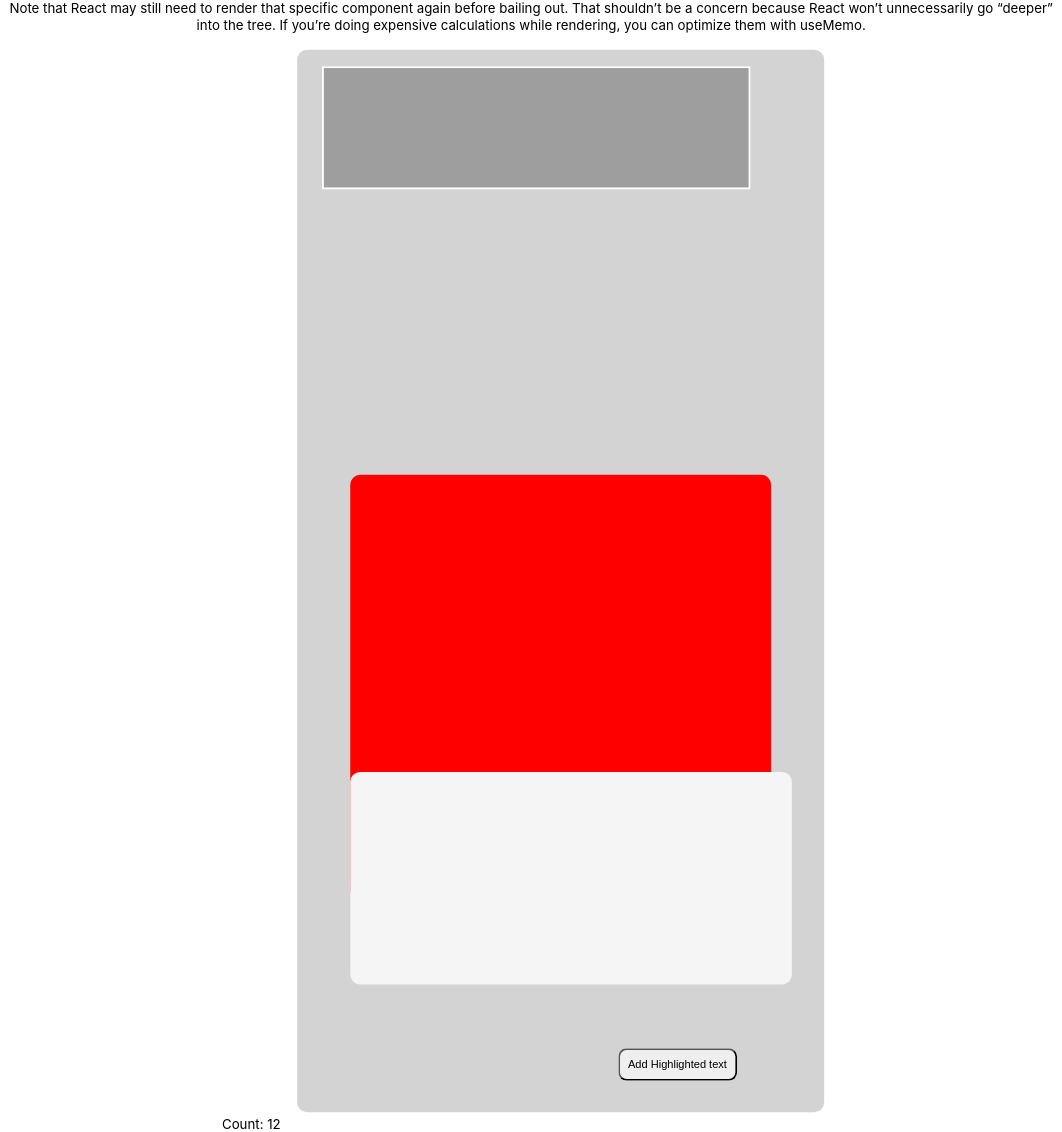
Repository: Farbod29/React-text-highlighter-with-hook-
Page: /
An editor plug-in stored every save of this project. The page is shown before and after the next save, followed by the edit.
The browser window is 1280 px wide. The pictures show the whole page, at 83% of full size.
Pictures or frames that could not be fetched are drawn as grey boxes. The project was rebuilt for these pictures with package versions that can differ from the ones it lists, and the page was loaded fresh each time.

Above is the page before, as saved 2022-02-18 23:02:46.

After the next save:
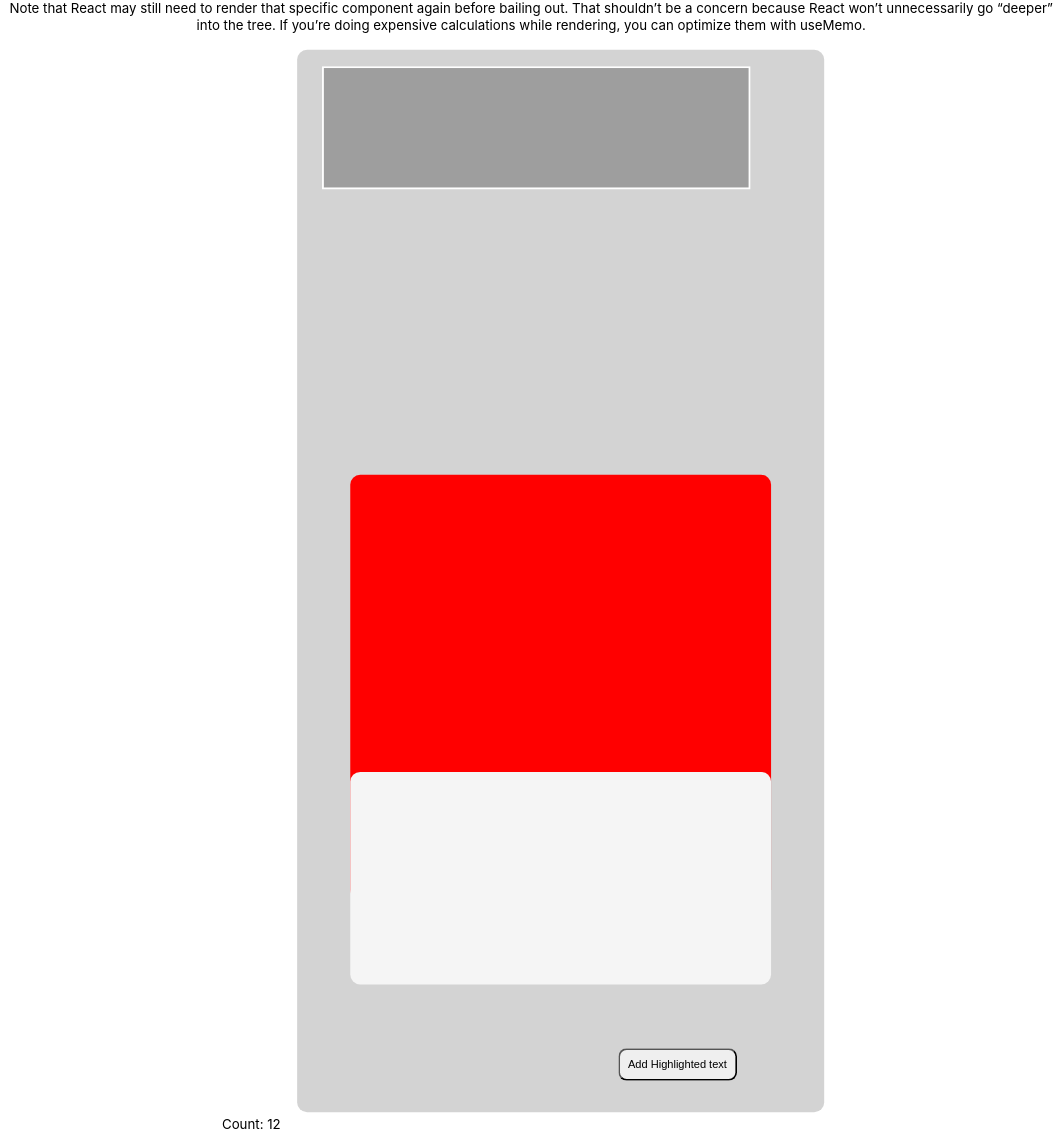
Saved 4 s later.
--- a/src/highlighter.js
+++ b/src/highlighter.js
@@ -64,7 +64,7 @@ export default function Highlighter() {
             padding: '0px 10px',
             backgroundColor: '#F5F5F5',
             height: '20vw',
-            width: '40vw',
+            width: '38vw',
             left: '5vw',
             top: '68vw',
             borderRadius: '12px',
